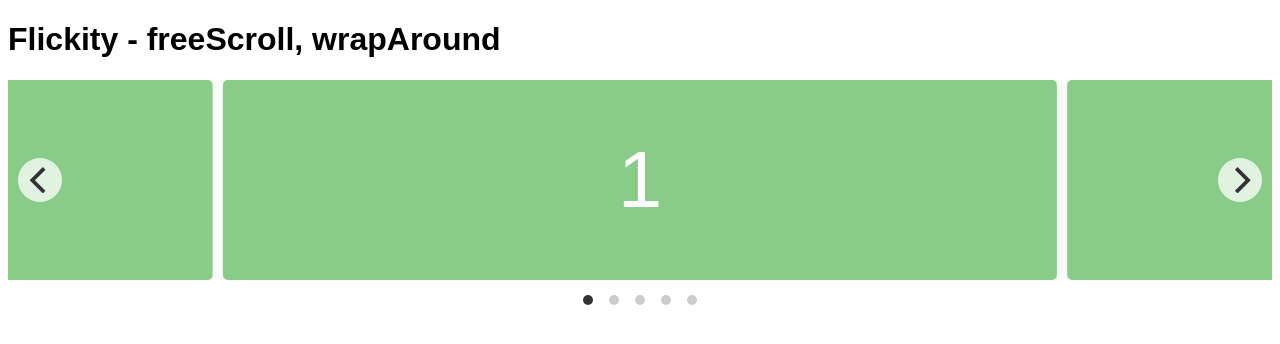
Repository: tongdkhai/Graphic-Art-Mart
Page: test/test.html
The author's editor kept a copy of each file at every save. The page is drawn from the files as they stood at one save, then again after the next save.
The browser window is 1280 px wide. The pictures show the whole page.

Above is the page before, as saved 2022-10-25 16:54:07.

### test/test.html
<!DOCTYPE html>
<html lang="en">
  <head>
    <meta charset="UTF-8" />
    <meta http-equiv="X-UA-Compatible" content="IE=edge" />
    <meta name="viewport" content="width=device-width, initial-scale=1.0" />
    <title>Document</title>
    <link
      rel="stylesheet"
      href="https://unpkg.com/flickity@2.3.0/dist/flickity.pkgd.min.js"
    />
    <link
      rel="stylesheet"
      href="https://unpkg.com/flickity@2.3.0/dist/flickity.css"
    />
    <link rel="stylesheet" href="./flickity-master/css/flickity.css">
    <style>
      /* external css: flickity.css */

      * {
        box-sizing: border-box;
      }

      body {
        font-family: sans-serif;
      }

      .carousel {
        background: #fafafa;
      }

      .carousel-cell {
        width: 66%;
        height: 200px;
        margin-right: 10px;
        background: #8c8;
        border-radius: 5px;
        counter-increment: carousel-cell;
      }

      /* cell number */
      .carousel-cell:before {
        display: block;
        text-align: center;
        content: counter(carousel-cell);
        line-height: 200px;
        font-size: 80px;
        color: white;
      }
    </style>
  </head>
  <body>
    <h1>Flickity - freeScroll, wrapAround</h1>

    <!-- Flickity HTML init -->
    <div
      class="carousel"
      data-flickity='{ "freeScroll": true, "wrapAround": true }'
    >
      <div class="carousel-cell"></div>
      <div class="carousel-cell"></div>
      <div class="carousel-cell"></div>
      <div class="carousel-cell"></div>
      <div class="carousel-cell"></div>
    </div>
    <script type="text/javascript" src="./docs/flickity.pkgd.min.js"></script>
  </body>
</html>

### test/flickity-master/css/flickity.css
/*! Flickity v3.0.0
https://flickity.metafizzy.co
---------------------------------------------- */

.flickity-enabled {
  position: relative;
}

.flickity-enabled:focus { outline: none; }

.flickity-viewport {
  overflow: hidden;
  position: relative;
  height: 100%;
  touch-action: pan-y;
}

.flickity-slider {
  position: absolute;
  width: 100%;
  height: 100%;
  left: 0;
}

.flickity-rtl .flickity-slider {
  left: unset;
  right: 0;
}

/* draggable */

.flickity-enabled.is-draggable {
  -webkit-tap-highlight-color: transparent;
  user-select: none;
}

.flickity-enabled.is-draggable .flickity-viewport {
  cursor: move;
  cursor: grab;
}

.flickity-enabled.is-draggable .flickity-viewport.is-pointer-down {
  cursor: grabbing;
}

/* ---- flickity-cell ---- */

.flickity-cell {
  position: absolute;
  left: 0;
}

.flickity-rtl .flickity-cell {
  left: unset;
  right: 0;
}

/* ---- flickity-button ---- */

.flickity-button {
  position: absolute;
  background: hsl(0 0% 100% / 75%);
  border: none;
  color: #333;
}

.flickity-button:hover {
  background: white;
  cursor: pointer;
}

.flickity-button:focus {
  outline: none;
  box-shadow: 0 0 0 5px #19F;
}

.flickity-button:active {
  opacity: 0.6;
}

.flickity-button:disabled {
  opacity: 0.3;
  cursor: auto;
  /* prevent disabled button from capturing pointer up event. #716 */
  pointer-events: none;
}

.flickity-button-icon {
  fill: currentColor;
}

/* ---- previous/next buttons ---- */

.flickity-prev-next-button {
  top: 50%;
  width: 44px;
  height: 44px;
  border-radius: 50%;
  /* vertically center */
  transform: translateY(-50%);
}

.flickity-prev-next-button.previous { left: 10px; }
.flickity-prev-next-button.next { right: 10px; }
/* right to left */
.flickity-rtl .flickity-prev-next-button.previous {
  left: auto;
  right: 10px;
}

.flickity-rtl .flickity-prev-next-button.next {
  right: auto;
  left: 10px;
}

.flickity-prev-next-button .flickity-button-icon {
  position: absolute;
  left: 20%;
  top: 20%;
  width: 60%;
  height: 60%;
}

/* ---- page dots ---- */

.flickity-page-dots {
  position: absolute;
  width: 100%;
  bottom: -25px;
  text-align: center;
  display: flex;
  justify-content: center;
  flex-wrap: wrap;
}

.flickity-rtl .flickity-page-dots { direction: rtl; }

.flickity-page-dot {
  display: block;
  width: 10px;
  height: 10px;
  padding: 0;
  margin: 0 8px;
  background: hsl(0 0% 20% / 25%);
  border-radius: 50%;
  cursor: pointer;
  appearance: none;
  border: none;
  text-indent: -9999px;
  overflow: hidden;
}

.flickity-rtl .flickity-page-dot {
  text-indent: 9999px;
}

.flickity-page-dot:focus {
  outline: none;
  box-shadow: 0 0 0 5px #19F;
}

.flickity-page-dot.is-selected {
  background: hsl(0 0% 20% / 100%);
}

Loaded but not shown: test/docs/flickity.pkgd.min.js (library)

After the next save:
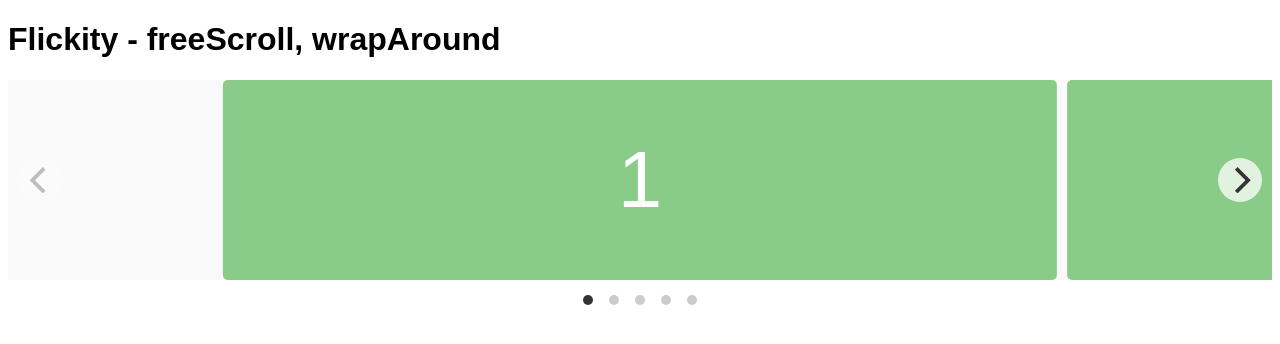
Saved 36 s later.
--- a/test/test.html
+++ b/test/test.html
@@ -55,7 +55,7 @@
     <!-- Flickity HTML init -->
     <div
       class="carousel"
-      data-flickity='{ "freeScroll": true, "wrapAround": true }'
+      data-flickity='{ "freeScroll": true, "wrapAround": false }'
     >
       <div class="carousel-cell"></div>
       <div class="carousel-cell"></div>

After the save that followed:
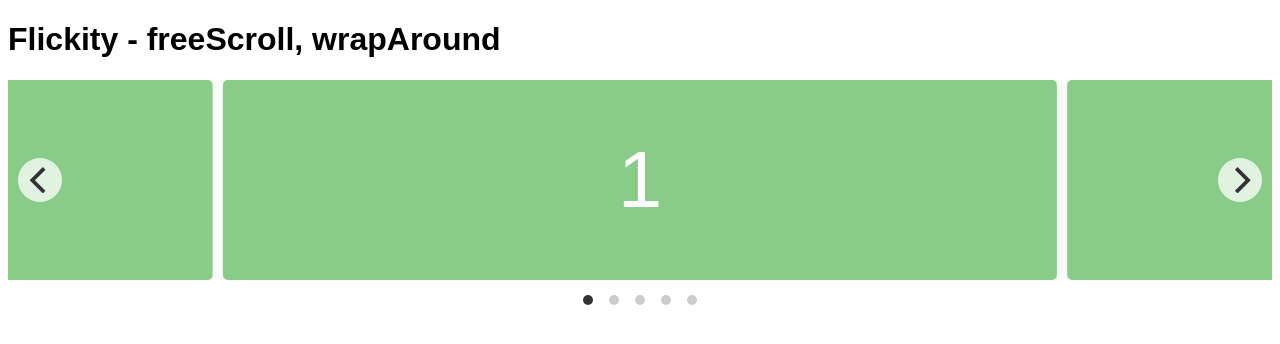
Saved 15 s later.
--- a/test/test.html
+++ b/test/test.html
@@ -55,7 +55,7 @@
     <!-- Flickity HTML init -->
     <div
       class="carousel"
-      data-flickity='{ "freeScroll": true, "wrapAround": false }'
+      data-flickity='{ "freeScroll": true, "wrapAround": true }'
     >
       <div class="carousel-cell"></div>
       <div class="carousel-cell"></div>
